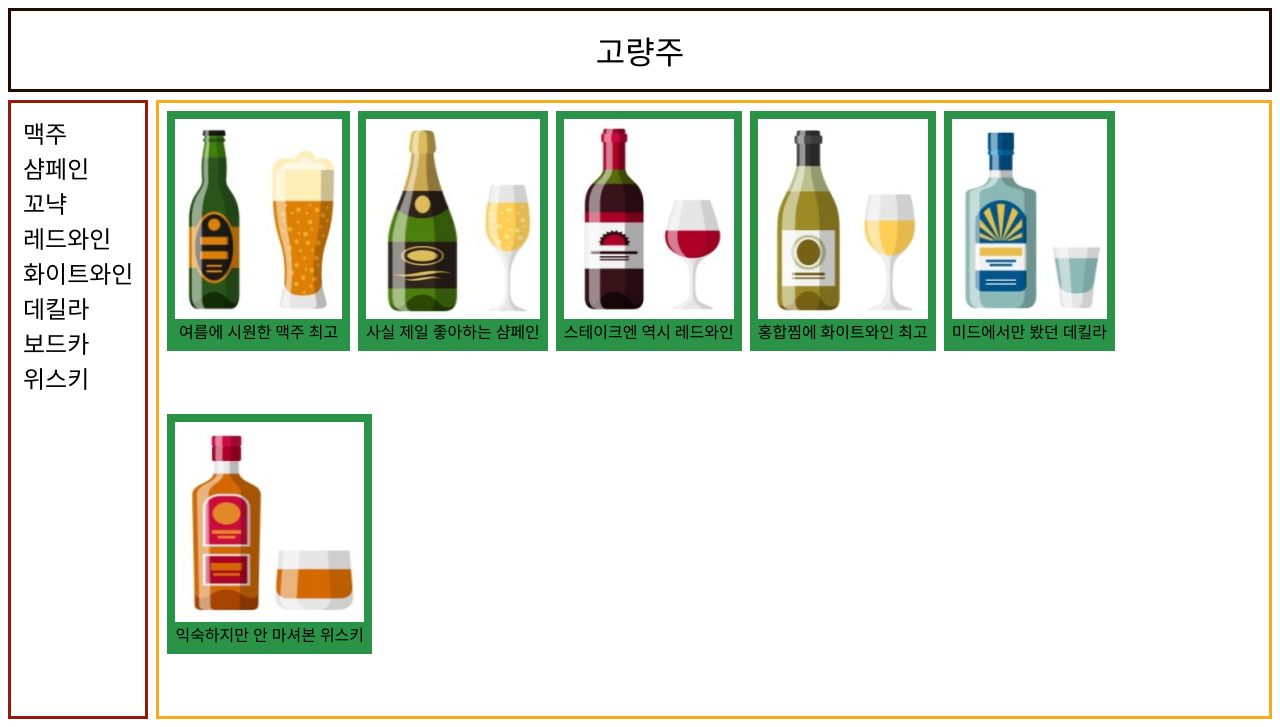
Repository: Jay-JYKim91/grj_2nd_week
Page: index.html
The author's editor kept a copy of each file at every save. The page is drawn from the files as they stood at one save, then again after the next save.
The browser window is 1280 px wide. The pictures show the whole page.
Some web fonts or font styles are not loaded; a fallback is used.

Above is the page before, as saved 2022-05-03 14:42:46.

After the next save:
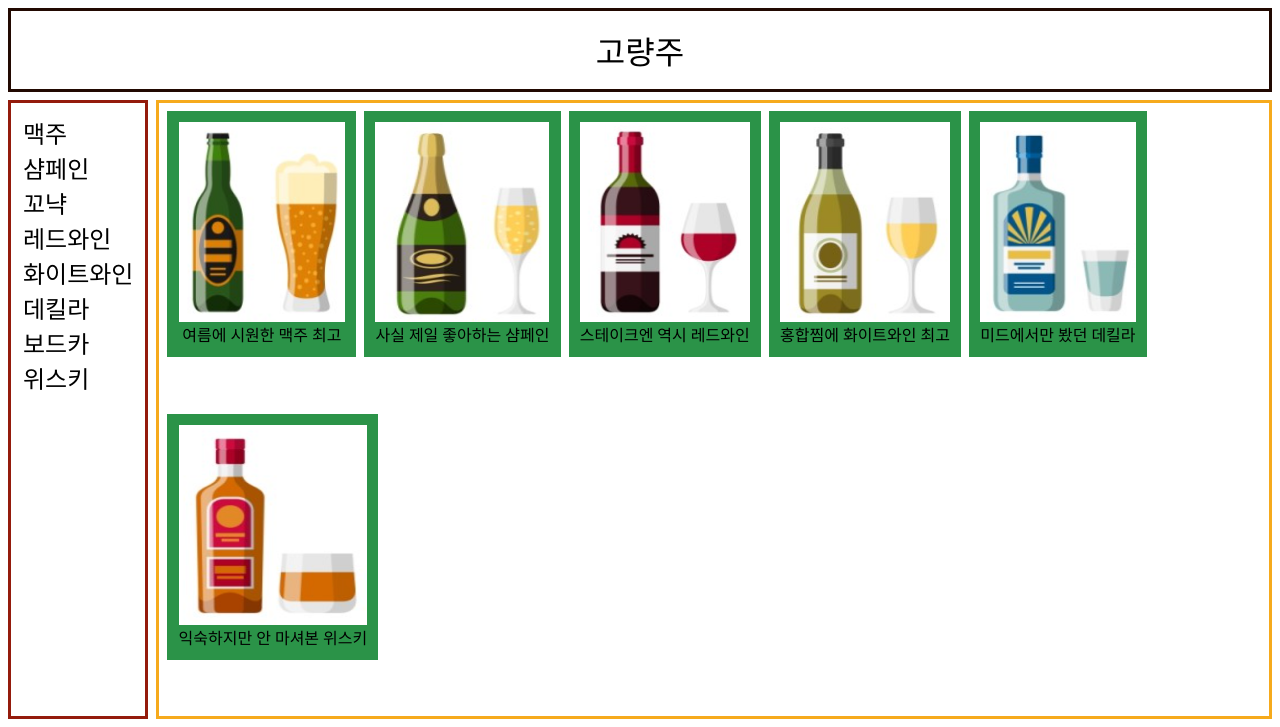
Saved 43 s later.
--- a/styles.css
+++ b/styles.css
@@ -42,7 +42,7 @@ aside {
   display: flex;
   flex-direction: column;
   background-color: #2b9348;
-  padding: 0.5em;
+  padding: 0.7em;
   text-align: center;
   height: fit-content;
 }
